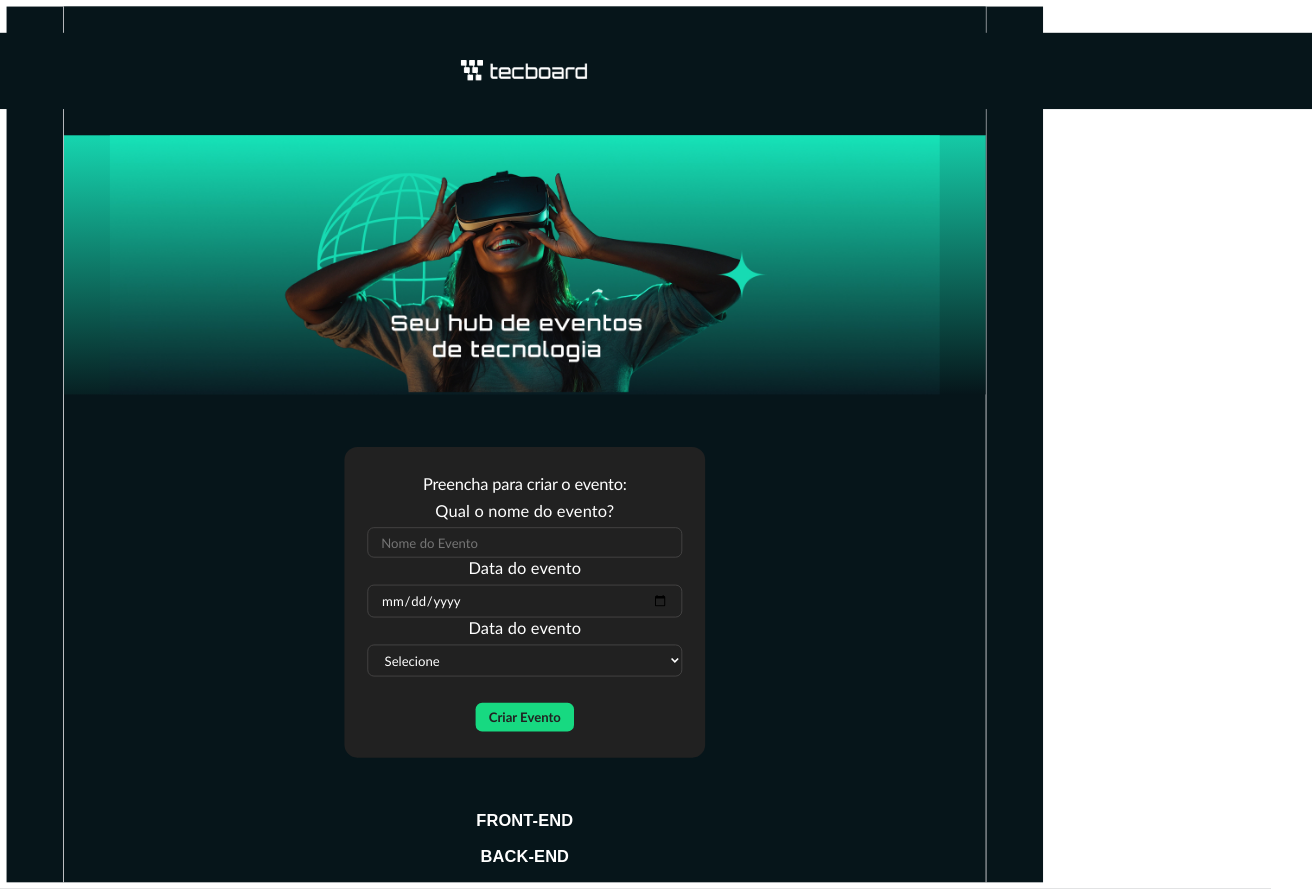
Repository: fernandadev12/techboard
Page: /
These files come from the project's save history. The page is drawn as it stood at one moment and after the next save; the edit follows.
The browser window is 1280 px wide. The page is 1600 px wide, so the pictures cover 1600 px, including what lies to the right of the window. The pictures show the whole page, at 82% of full size.
The project was rebuilt for these pictures with package versions that can differ from the ones it lists, and the page was loaded fresh each time. Also part of the build but not shown: vite.config.js.

Above is the page before, as saved 2026-06-14 17:51:18.

### index.html
<!doctype html>
<html lang="en">
  <head>
    <meta charset="UTF-8" />
    <link rel="icon" type="image/svg+xml" href="/favicon.svg" />
    <meta name="viewport" content="width=device-width, initial-scale=1.0" />
    <link rel="preconnect" href="https://fonts.googleapis.com" />
    <link rel="preconnect" href="https://fonts.gstatic.com" crossorigin />
    <link
      href="https://fonts.googleapis.com/css2?family=Orbitron:wght@400..900&display=swap"
      rel="stylesheet"
    />
    <link rel="preconnect" href="https://fonts.googleapis.com" />
    <link rel="preconnect" href="https://fonts.gstatic.com" crossorigin />
    <link
      href="https://fonts.googleapis.com/css2?family=Orbitron:wght@400..900&family=Work+Sans:ital,wght@0,100..900;1,100..900&display=swap"
      rel="stylesheet"
    />
    <title>techboard</title>
  </head>
  <body>
    <div id="root"></div>
    <script type="module" src="/src/main.jsx"></script>
  </body>
</html>

### src/index.css
:root {
  --text: #6b6375;
  --text-h: #08060d;
  --bg: #fff;
  --border: #e5e4e7;
  --code-bg: #f4f3ec;
  --accent: #aa3bff;
  --accent-bg: rgba(170, 59, 255, 0.1);
  --accent-border: rgba(170, 59, 255, 0.5);
  --social-bg: rgba(244, 243, 236, 0.5);
  --shadow:
    rgba(0, 0, 0, 0.1) 0 10px 15px -3px, rgba(0, 0, 0, 0.05) 0 4px 6px -2px;

  --sans: system-ui, "Segoe UI", Roboto, sans-serif;
  --heading: system-ui, "Segoe UI", Roboto, sans-serif;
  --mono: ui-monospace, Consolas, monospace;

  font: 18px/145% var(--sans);
  letter-spacing: 0.18px;
  color-scheme: light dark;
  color: var(--text);
  background: var(--bg);
  font-synthesis: none;
  text-rendering: optimizeLegibility;
  -webkit-font-smoothing: antialiased;
  -moz-osx-font-smoothing: grayscale;

  @media (max-width: 1024px) {
    font-size: 16px;
  }
}

* {
  font-family:
    "Trebuchet MS", "Lucida Sans Unicode", "Lucida Grande", "Lucida Sans",
    Arial, sans-serif;
}

@media (prefers-color-scheme: dark) {
  :root {
    --text: #9ca3af;
    --text-h: #f3f4f6;
    --bg: #16171d;
    --border: #2e303a;
    --code-bg: #1f2028;
    --accent: #c084fc;
    --accent-bg: rgba(192, 132, 252, 0.15);
    --accent-border: rgba(192, 132, 252, 0.5);
    --social-bg: rgba(47, 48, 58, 0.5);
    --shadow:
      rgba(0, 0, 0, 0.4) 0 10px 15px -3px, rgba(0, 0, 0, 0.25) 0 4px 6px -2px;
  }

  #social .button-icon {
    filter: invert(1) brightness(2);
  }
}

body {
  background-color: #06151a;
}

#root {
  width: 1126px;
  max-width: 100%;
  margin: 0 auto;
  text-align: center;
  border-inline: 1px solid var(--border);
  min-height: 100svh;
  display: flex;
  flex-direction: column;
  box-sizing: border-box;
}

h1,
h2 {
  font-family: var(--heading);
  font-weight: 500;
  color: var(--text-h);
}

h1 {
  font-size: 56px;
  letter-spacing: -1.68px;
  margin: 32px 0;
  @media (max-width: 1024px) {
    font-size: 36px;
    margin: 20px 0;
  }
}
h2 {
  font-size: 24px;
  line-height: 118%;
  letter-spacing: -0.24px;
  margin: 0 0 8px;
  @media (max-width: 1024px) {
    font-size: 20px;
  }
}
p {
  margin: 0;
}

code,
.counter {
  font-family: var(--mono);
  display: inline-flex;
  border-radius: 4px;
  color: var(--text-h);
}

code {
  font-size: 15px;
  line-height: 135%;
  padding: 4px 8px;
  background: var(--code-bg);
}

### src/App.jsx
import "./App.css";
import { Banner } from "./componentes/Banner";
import { Tema } from "./componentes/Tema";
import { FormularioDeEvento } from "./componentes/FormularioDeEvento";

function App() {
  const temas = [
    {
      id: 1,
      nome: "Front-end",
    },
    {
      id: 2,
      nome: "Back-end",
    },
    {
      id: 3,
      nome: "Mobile",
    },
    {
      id: 4,
      nome: "DevOps",
    },
    {
      id: 5,
      nome: "Inteligência Artificial",
    },
    {
      id: 6,
      nome: "Cloud",
    },
  ];

  temas.map;

  return (
    <main>
      <header>
        <img src="/Header.png"></img>
      </header>
      <Banner />
      <FormularioDeEvento />
      <section>
        <Tema tema={temas[0]} />
      </section>
      <section>
        <Tema tema={temas[1]} />
      </section>
    </main>
  );
}

export default App;

### src/App.css
header {
  background-color: #06151a;
  padding: 32px;
  display: flex;
  justify-content: center;
}

.form-evento {
  background-color: #212121;
  padding: 32px 28px;
  border-radius: 15px;
  width: 394px;
  margin: 64px auto;
  max-width: 320px;
}
.hero {
  position: relative;

  .base,
  .framework,
  .vite {
    inset-inline: 0;
    margin: 0 auto;
  }

  .base {
    width: 170px;
    position: relative;
    z-index: 0;
  }

  .framework,
  .vite {
    position: absolute;
  }

  .framework {
    z-index: 1;
    top: 34px;
    height: 28px;
    transform: perspective(2000px) rotateZ(300deg) rotateX(44deg) rotateY(39deg)
      scale(1.4);
  }

  .vite {
    z-index: 0;
    top: 107px;
    height: 26px;
    width: auto;
    transform: perspective(2000px) rotateZ(300deg) rotateX(40deg) rotateY(39deg)
      scale(0.8);
  }
}

#center {
  display: flex;
  flex-direction: column;
  gap: 25px;
  place-content: center;
  place-items: center;
  flex-grow: 1;

  @media (max-width: 1024px) {
    padding: 32px 20px 24px;
    gap: 18px;
  }
}

#next-steps {
  display: flex;
  border-top: 1px solid var(--border);
  text-align: left;

  & > div {
    flex: 1 1 0;
    padding: 32px;
    @media (max-width: 1024px) {
      padding: 24px 20px;
    }
  }

  .icon {
    margin-bottom: 16px;
    width: 22px;
    height: 22px;
  }

  @media (max-width: 1024px) {
    flex-direction: column;
    text-align: center;
  }
}

#docs {
  border-right: 1px solid var(--border);

  @media (max-width: 1024px) {
    border-right: none;
    border-bottom: 1px solid var(--border);
  }
}

#next-steps ul {
  list-style: none;
  padding: 0;
  display: flex;
  gap: 8px;
  margin: 32px 0 0;

  .logo {
    height: 18px;
  }

  a {
    color: var(--text-h);
    font-size: 16px;
    border-radius: 6px;
    background: var(--social-bg);
    display: flex;
    padding: 6px 12px;
    align-items: center;
    gap: 8px;
    text-decoration: none;
    transition: box-shadow 0.3s;

    &:hover {
      box-shadow: var(--shadow);
    }
    .button-icon {
      height: 18px;
      width: 18px;
    }
  }

  @media (max-width: 1024px) {
    margin-top: 20px;
    flex-wrap: wrap;
    justify-content: center;

    li {
      flex: 1 1 calc(50% - 8px);
    }

    a {
      width: 100%;
      justify-content: center;
      box-sizing: border-box;
    }
  }
}

#spacer {
  height: 88px;
  border-top: 1px solid var(--border);
  @media (max-width: 1024px) {
    height: 48px;
  }
}

.ticks {
  position: relative;
  width: 100%;

  &::before,
  &::after {
    content: "";
    position: absolute;
    top: -4.5px;
    border: 5px solid transparent;
  }

  &::before {
    left: 0;
    border-left-color: var(--border);
  }
  &::after {
    right: 0;
    border-right-color: var(--border);
  }
}

### src/componentes/Banner/index.jsx
import "./bannerstyles.css";

export function Banner() {
  return (
    <section className="banner">
      <img src="/Banner.jpg"></img>
    </section>
  );
}

### src/componentes/Tema/index.jsx
import "./temastyles.css";

export function Tema({ tema }) {
  return <h3 className="titulotema">{tema.nome}</h3>;
}

### src/componentes/FormularioDeEvento/index.jsx
import { TituloFormulario } from "../TituloFormulario";
import { CampoFormulario } from "../CampoDeFormulario";
import { LabelFormulario } from "../Label";
import { CampoDeEntrada } from "../CampoDeEntrada";
import "./formularioEventoStyles.css";
import { BotaoFormulario } from "../Botao";
import { ListaSuspensa } from "../ListaSuspensa";

export function FormularioDeEvento() {
  return (
    <form className="form-evento">
      <TituloFormulario> Preencha para criar o evento:</TituloFormulario>
      <div className="campor">
        <CampoFormulario>
          <LabelFormulario htmlFor="nome">
            Qual o nome do evento?
          </LabelFormulario>
          <CampoDeEntrada
            type="text"
            id="nome"
            placeholder="Nome do Evento"
            name="nomeEvento"
          />
        </CampoFormulario>

        <CampoFormulario>
          <LabelFormulario htmlFor="dataEvento">Data do evento</LabelFormulario>
          <CampoDeEntrada type="date" id="dataEvento" name="dataEvento" />
        </CampoFormulario>

        <CampoFormulario>
          <LabelFormulario htmlFor="dataEvento">Data do evento</LabelFormulario>
          <ListaSuspensa />
        </CampoFormulario>
      </div>

      <div className="acoes">
        <BotaoFormulario>Criar Evento</BotaoFormulario>
      </div>
    </form>
  );
}

### src/componentes/Banner/bannerstyles.css
.banner {
  background: linear-gradient(179deg, #16d5af 0%, #06151a);
  display: flex;
  justify-content: center;
}

.banner img {
  max-width: 90%;
}

### src/componentes/Tema/temastyles.css
.titulotema {
  color: #fff;
  font-family: "Orbiton", sans-serif;
  font-weight: 600;
  font-size: 20px;
  line-height: 120%;
  letter-spacing: 10%;
  text-transform: uppercase;
}

### src/componentes/TituloFormulario/index.jsx
import "./titulostyle.css";

// export function TituloFormulario() {
//   return <h3 class="tituloform">Preencha para criar um evento:</h3>;
// }
export function TituloFormulario({ children }) {
  return <h2 className="tituloform">{children}</h2>;
}

### src/componentes/CampoDeFormulario/index.jsx
import "./campoformestyles.css";

export function CampoFormulario({ children }) {
  return <fieldset className="campoform">{children}</fieldset>;
}

### src/componentes/Label/index.jsx
import "./labelstyles.css";

export function LabelFormulario({ children, htmlFor }) {
  return (
    <label className="label" htmlFor={htmlFor}>
      {children}
    </label>
  );
}

### src/componentes/CampoDeEntrada/index.jsx
import "./campoentradastyles.css";

export function CampoDeEntrada(props) {
  return <input className="campoformularioinput" {...props} />;
}

### src/componentes/FormularioDeEvento/formularioEventoStyles.css
.campos {
  display: flex;
  flex-direction: column;
  gap: 16px;
}

.form-evento {
  background-color: #212121;
  padding: 32px 28px;
  border-radius: 16px;
  width: 384px;
  max-width: 90%;
  margin: 64px auto;
}

.acoes {
  margin-top: 32px;
  text-align: center;
}

### src/componentes/Botao/index.jsx
import "./botaostyles.css";

export function BotaoFormulario({ children }) {
  return <button className="botaoform">{children}</button>;
}

### src/componentes/ListaSuspensa/index.jsx
import "./listasuspensastyles.css";

export function ListaSuspensa() {
  return (
    <select className="listasuspensaform">
      <option value="">Selecione</option>
      <option value="valor1">valor1</option>
      <option value="valor2">valor2</option>
    </select>
  );
}

### src/componentes/TituloFormulario/titulostyle.css
.tituloform {
  font-family:
    "Trebuchet MS", "Lucida Sans Unicode", "Lucida Grande", "Lucida Sans",
    Arial, sans-serif;
  font-weight: 400;
  font-size: 20px;
  line-height: 125%;
  color: #fff;
}

### src/componentes/CampoDeFormulario/campoformestyles.css
.campoform {
  display: flex;
  flex-direction: column;
  gap: 8px;
  border: none;
  padding: 0;
  margin: 0;
}

### src/componentes/Label/labelstyles.css
.label {
  font-family:
    "Trebuchet MS", "Lucida Sans Unicode", "Lucida Grande", "Lucida Sans",
    Arial, sans-serif;
  font-weight: 400;
  font-size: 20px;
  line-height: 125%;
  color: #fff;
}

### src/componentes/CampoDeEntrada/campoentradastyles.css
.campoformularioinput {
  border-radius: 8px;
  background-color: transparent;
  border: 1px solid #4a4949;
  color: #fff;
  padding: 8px 16px;
  font-size: 16px;
  font-weight: 400;
  line-height: 120%;
}

.campoformularioinput:placeholder {
  color: #4a4949;
}

### src/componentes/Botao/botaostyles.css
.botaoform {
  font-weight: 600;
  font-size: 16px;
  line-height: 120%;
  color: #212121;
  padding: 8px 16px;
  background-color: #17d981;
  border-radius: 8px;
  border: none;
}

.botaoform:hover {
  opacity: 0.8;
  cursor: pointer;
}

### src/componentes/ListaSuspensa/listasuspensastyles.css
.listasuspensaform {
  border-radius: 8px;
  background-color: transparent;
  border: 1px solid #4a4949;
  color: #fff;
  padding: 8px 16px;
  font-size: 16px;
  font-weight: 400;
  line-height: 120%;
}

Loaded but not shown: src/main.jsx (common file)

After the next save:
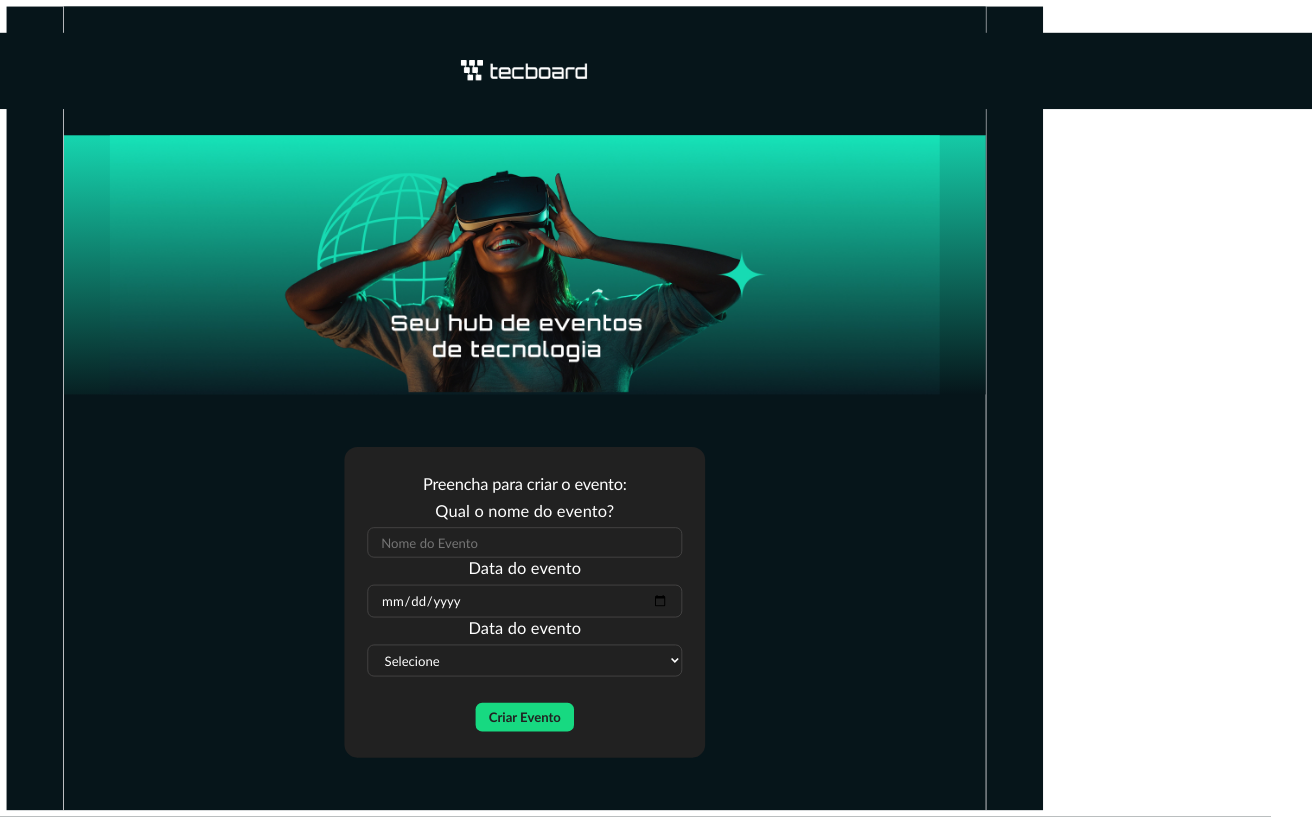
Saved 2 min 41 s later.
--- a/src/App.jsx
+++ b/src/App.jsx
@@ -40,12 +40,14 @@
       </header>
       <Banner />
       <FormularioDeEvento />
-      <section>
-        <Tema tema={temas[0]} />
-      </section>
-      <section>
-        <Tema tema={temas[1]} />
-      </section>
+
+      {temas.map(function (item) {
+        return (
+          <section>
+            <Tema tema={item.nome} />
+          </section>
+        );
+      })}
     </main>
   );
 }
